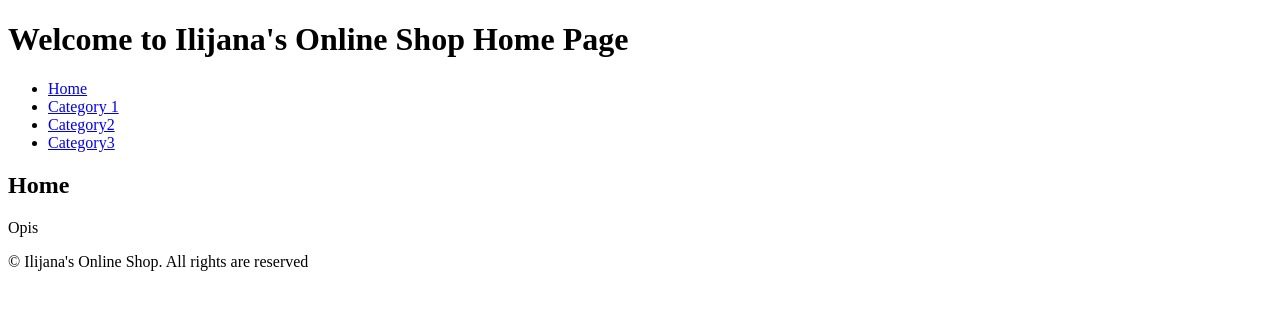
Repository: ilijana123/Proekt1
Page: html.html
These files come from the project's save history. The page is drawn as it stood at one moment and after the next save; the edit follows.
The browser window is 1280 px wide. The pictures show the whole page.

Above is the page before, as saved 2023-11-12 21:31:20.

After the next save:
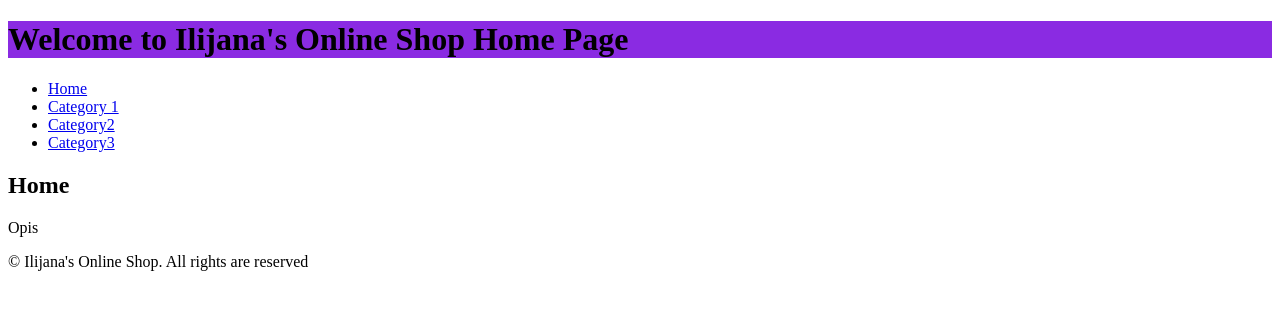
Saved 56 s later.
--- a/1.css
+++ b/1.css
@@ -1,3 +1,3 @@
 h1 {font-family: fantasy;}
 header {background-image: "background.jpg";
-       backface-visibility: visible;}
+       background-color: blueviolet;}
